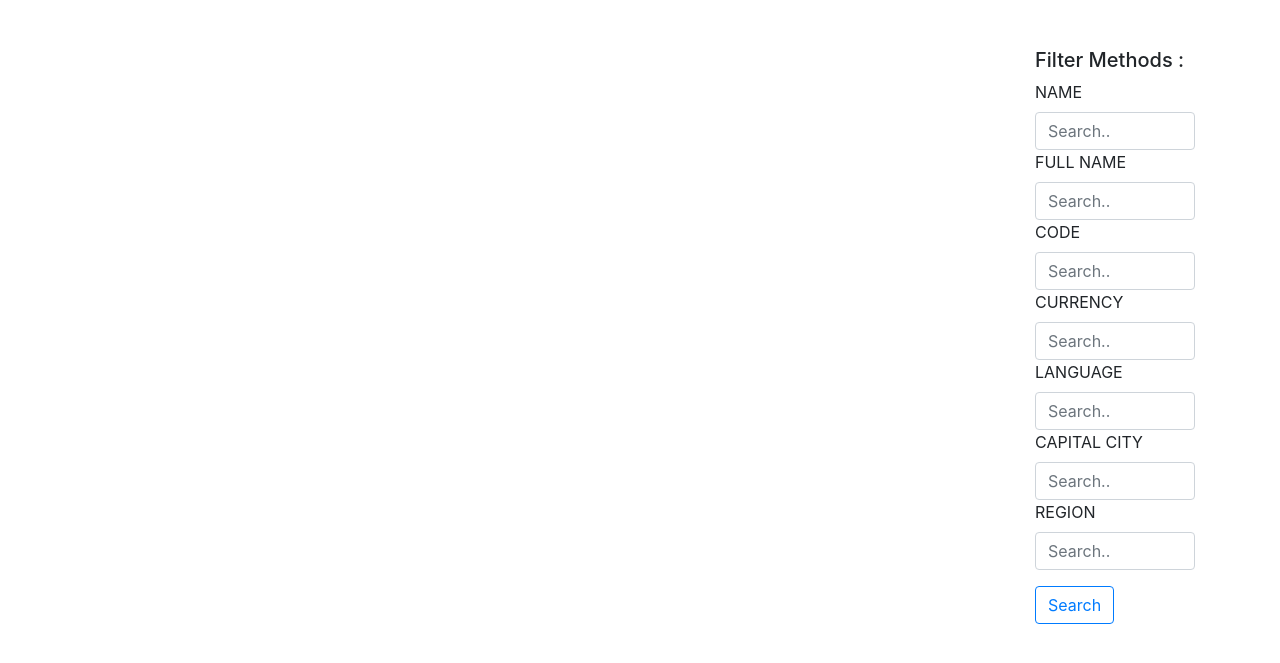
Repository: mdtahsinamin/react-intensip-task
Page: /home
An editor plug-in stored every save of this project. The page is shown before and after the next save, followed by the edit.
The browser window is 1280 px wide. The pictures show the whole page.
The page's requests for data from a server got no answer. The project was rebuilt for these pictures with package versions that can differ from the ones it lists, and the page was loaded fresh each time. No one was signed in, and anything a server would have sent is missing. Also part of the build but not shown: src/components/Home/Countries.js.

Above is the page before, as saved 2021-01-23 00:19:13.

After the next save:
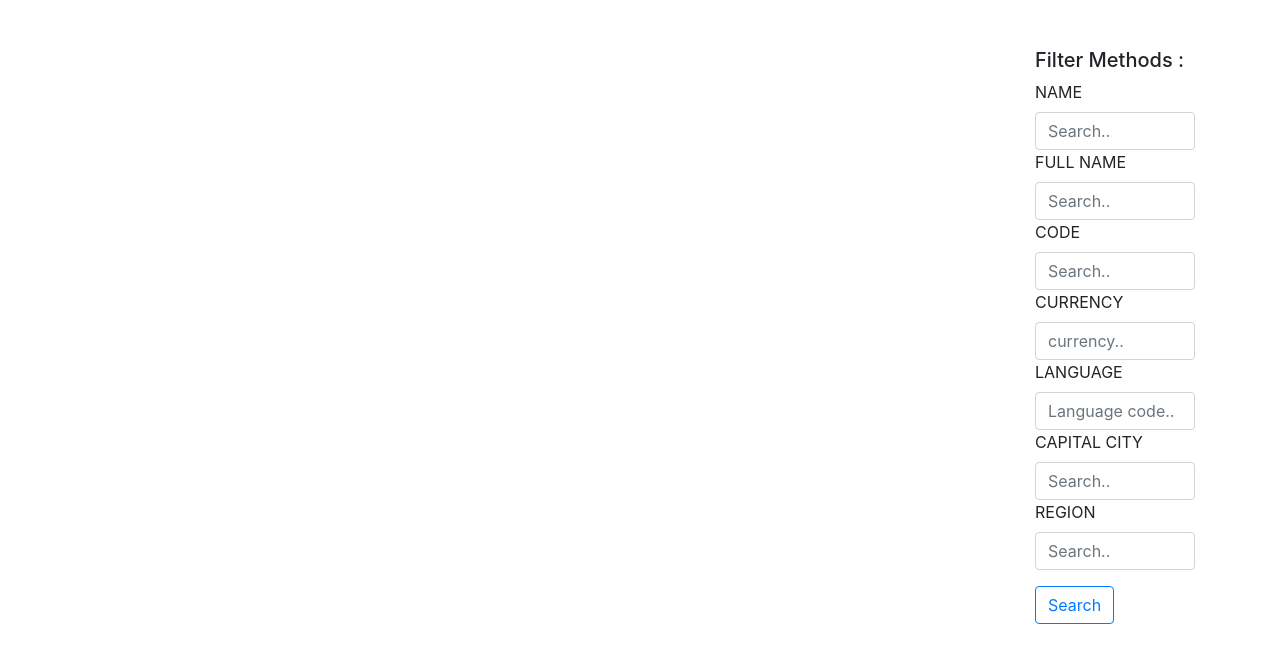
Saved 97 s later.
--- a/src/components/Home/Home.js
+++ b/src/components/Home/Home.js
@@ -92,7 +92,7 @@ const Home = (props) => {
                     type="text"
                     className="form-control "
                     name="currency"
-                    placeholder="Search.."
+                    placeholder="currency.."
                     onBlur={handleChange}
                 />
                 <label>LANGUAGE</label>
@@ -100,7 +100,7 @@ const Home = (props) => {
                     type="text"
                     className="form-control "
                     name="language"
-                    placeholder="Search.."
+                    placeholder="Language code.."
                     onBlur={handleChange}
                 />
                 <label>CAPITAL CITY</label>
